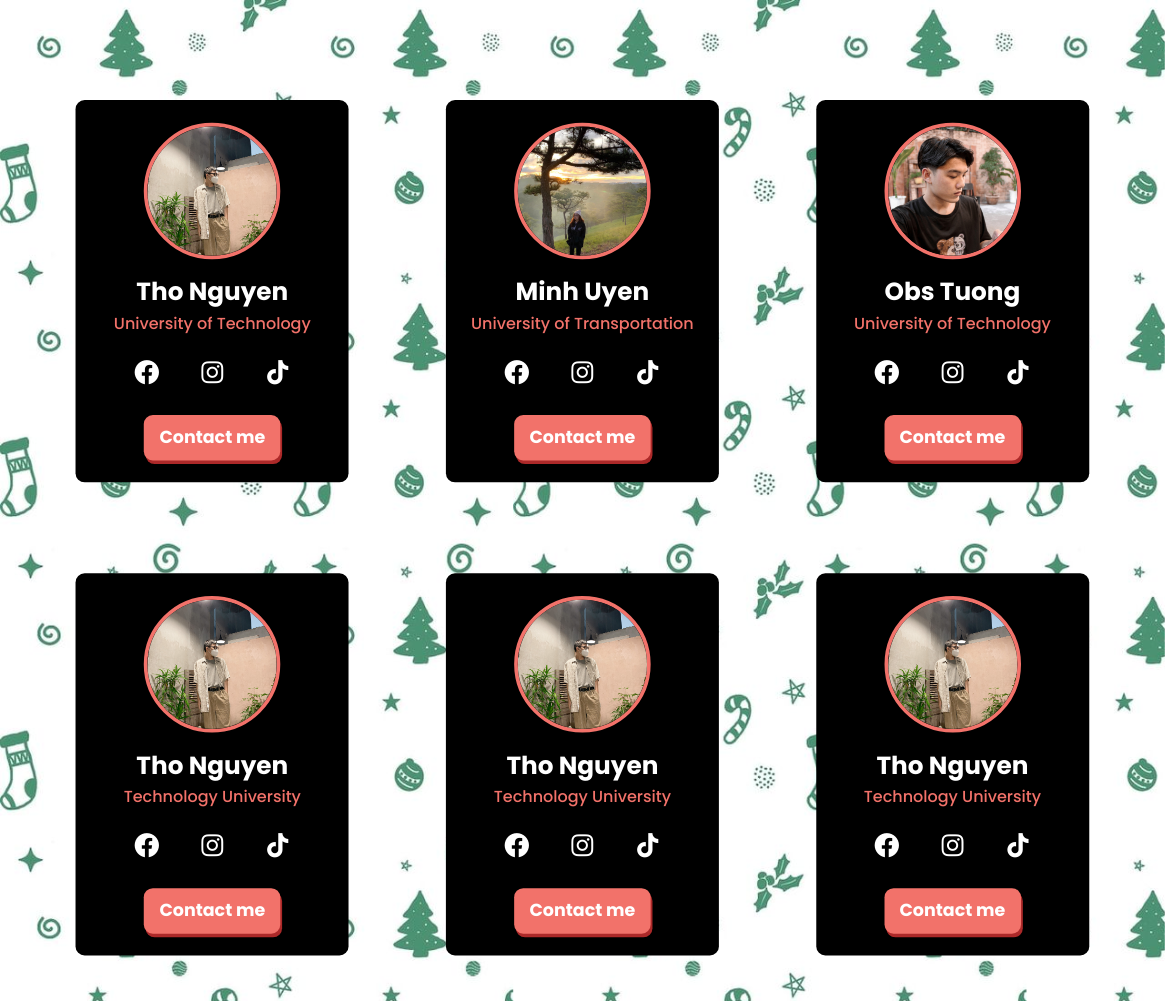
Repository: lausamtuong/profileCard
Page: index.html
An editor plug-in stored every save of this project. The page is shown before and after the next save, followed by the edit.
The browser window is 1280 px wide. The pictures show the whole page, at 91% of full size.
The style sheet was rebuilt from its Sass, Less or Tailwind sources for each picture, by a compiler version that may differ from the author's.

Above is the page before, as saved 2021-12-14 18:37:20.

After the next save:
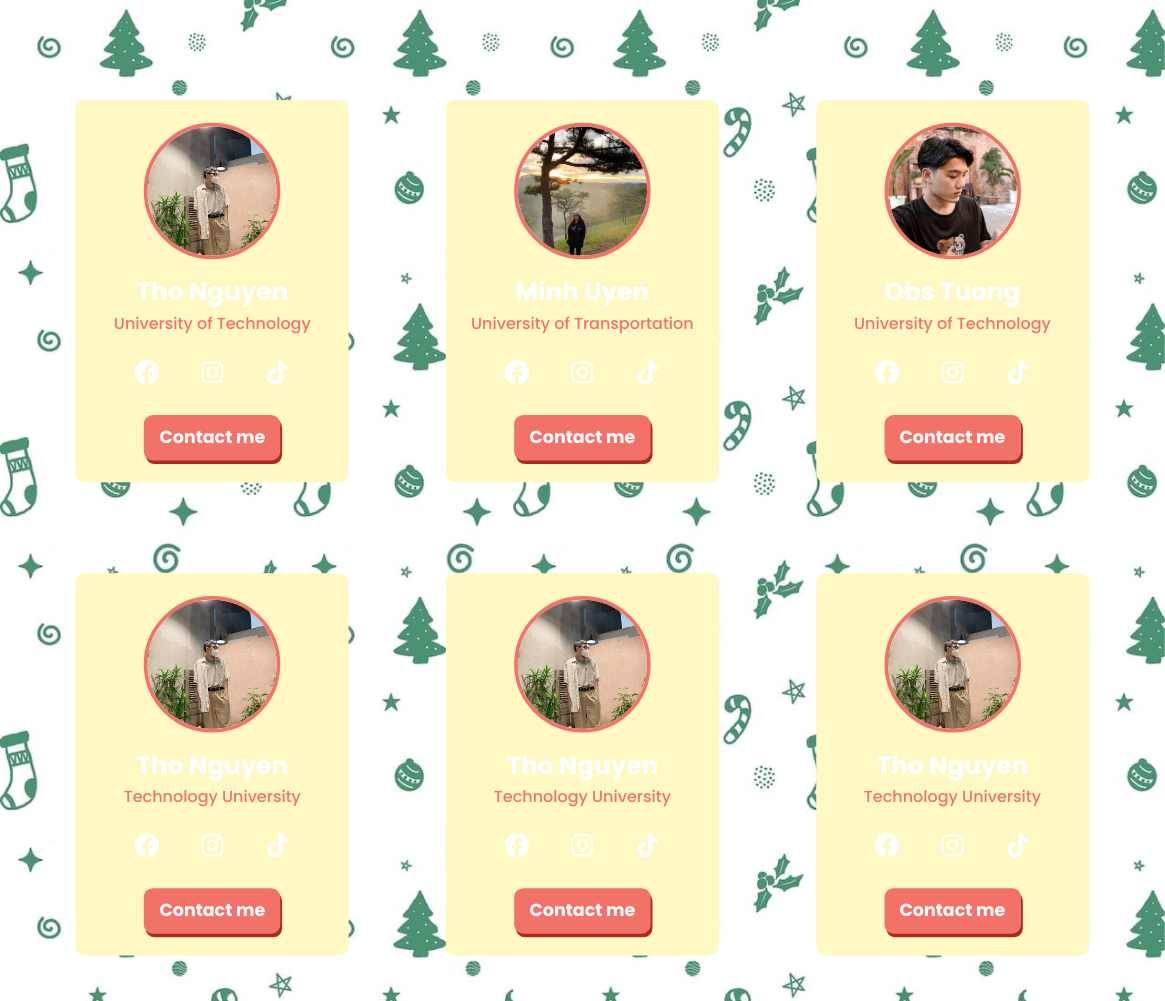
Saved 3 min 53 s later.
--- a/style.scss
+++ b/style.scss
@@ -26,7 +26,7 @@ body{
     &__item{
         width:300px;
         height:420px;
-        background-color: #000;
+        background-color: #fff8c3;
         margin: 50px 20px;
         border-radius: 10px;
     }
